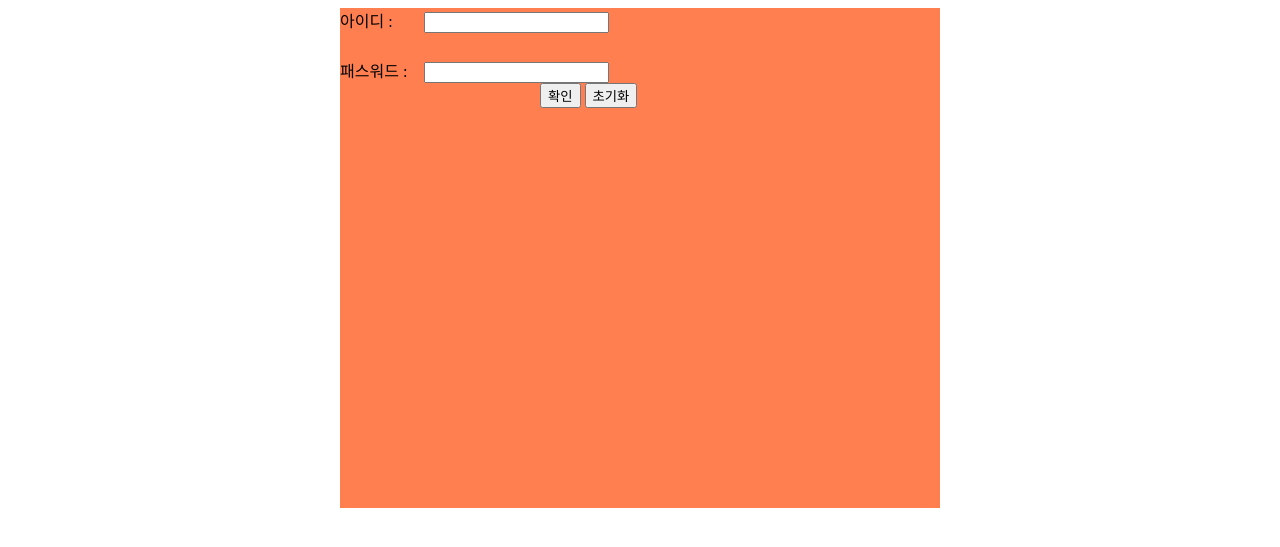
Repository: song-tata/jsp_servlet
Page: chap06/webContants/login.html
The author's editor kept a copy of each file at every save. The page is drawn from the files as they stood at one save, then again after the next save.
The browser window is 1280 px wide. The pictures show the whole page.

Above is the page before, as saved 2023-05-17 06:36:20.

### chap06/webContants/login.html
<!DOCTYPE html>
<html>
<head>
<meta charset="EUC-KR">
<title>login page</title>
<style type="text/css">
.wrap {
	width: 600px;
	height: 500px;
	margin: auto;
	background-color: coral;
}

.idwrap {
	width: 100%;
	height: 50px;
	margin: auto;
}
.idwrap>label{
	display: inline-block;
	width: 80px
}
.passwordwrap>label{
	display: inline-block;
	width: 80px
}
.buttonwrap{
margin:auto;
width: 200px;
}
</style>
</head>
<body>
	<form action="post" class="wrap">
		<div class="idwrap">
			<label>아이디 : </label> <input type="text" id="id">
		</div>
		<div class="passwordwrap">
			<label>패스워드 : </label> <input type="text" id="password">
		</div>
		<div class="buttonwrap">
			<button type="submit">확인</button>
			<button type="reset">초기화</button>
		</div>
	</form>
</body>
</html>

After the next save:
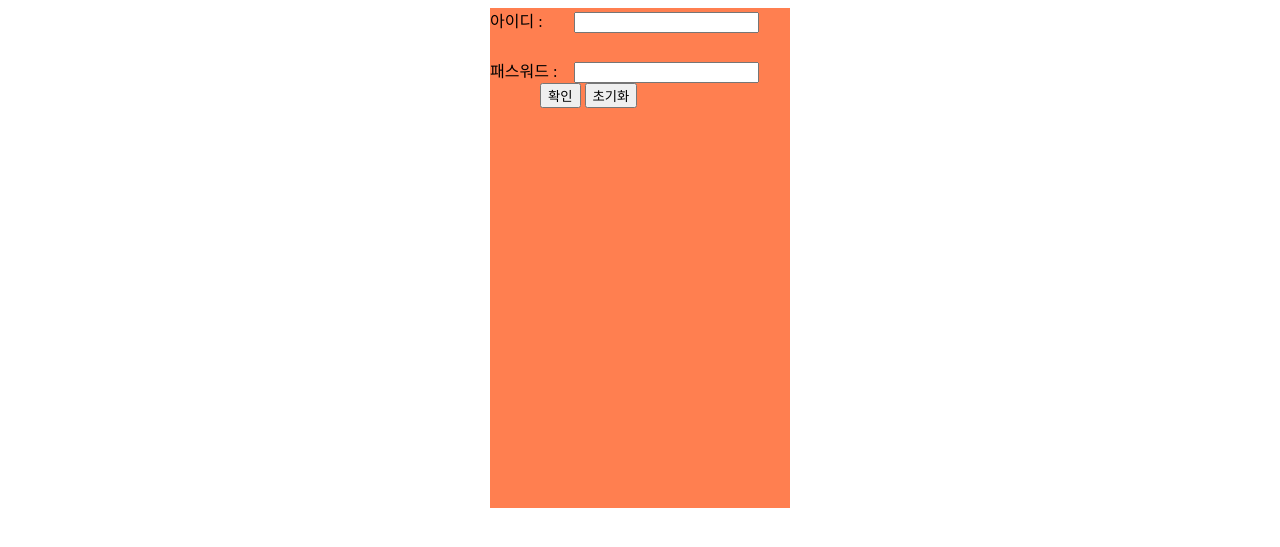
Saved 14 s later.
--- a/chap06/webContants/login.html
+++ b/chap06/webContants/login.html
@@ -5,7 +5,7 @@
 <title>login page</title>
 <style type="text/css">
 .wrap {
-	width: 600px;
+	width: 300px;
 	height: 500px;
 	margin: auto;
 	background-color: coral;
